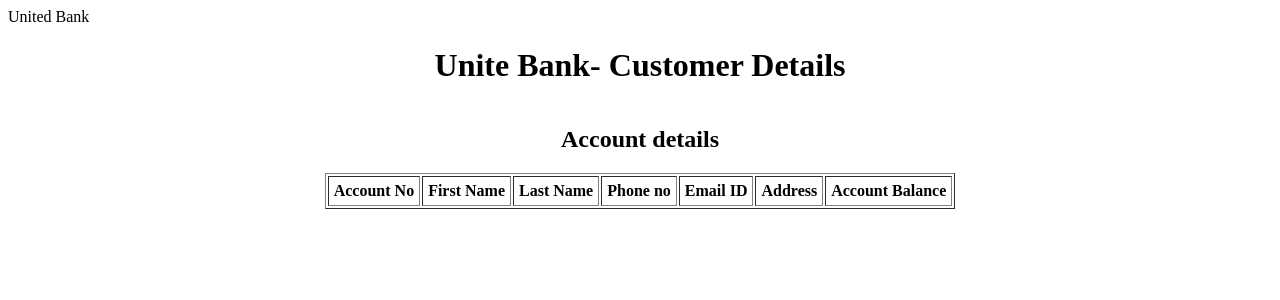
Repository: ameena017/bank-app
Page: http://localhost/banking-app/user.jsp
An editor plug-in stored every save of this project. The page is shown before and after the next save, followed by the edit.
The browser window is 1280 px wide. The pictures show the whole page.
The page is served by Tomcat 9. Nobody is signed in. The application's start-up code is not run. Other server files are loaded and not shown.

Above is the page before, as saved 2017-09-18 13:30:57.

### banking-app/WebContent/user.jsp
 <%@ page language="java" contentType="text/html; charset=ISO-8859-1"
    pageEncoding="ISO-8859-1"%>
    <%@ taglib uri="http://java.sun.com/jsp/jstl/core" prefix="c" %>
<!DOCTYPE html PUBLIC "-//W3C//DTD HTML 4.01 Transitional//EN" "http://www.w3.org/TR/html4/loose.dtd">
<html>
<head>
<meta http-equiv="Content-Type" content="text/html; charset=ISO-8859-1">
<name>United Bank</name>
</head>
<body>
<form action="update" method="post">
<center>
        <h1>Unite Bank- Customer Details</h1>
        <!-- <h2>
            <a href="new">click to Add New Customer</a>
            &nbsp;&nbsp;&nbsp;
            <a href="list">Click to list all customers</a>

        </h2> -->
    </center>
    <div align="center">
        <table border="1" cellpadding="5">
            <caption><h2>Account details</h2></caption>
            <tr>
                <th>Account No</th>
                <th>First Name</th>
                <th>Last Name</th>
                <th>Phone no</th>
                <th>Email ID</th>
                <th>Address</th>
                <th>Account Balance</th>
            </tr>
            <c:forEach var="bank" items="${bank}">
                <tr>
                    <td><c:out value="${bank.acc_no}" /></td>
                    <td><c:out value="${bank.fname}" /></td>
                    <td><c:out value="${bank.lname}" /></td>
                    <td><c:out value="${bank.phone}" /></td>
                    <td><c:out value="${bank.email}" /></td>
                    <td><c:out value="${bank.address}" /></td>
                    <td><c:out value="${bank.amount}" /></td>
                       <td> <a href="edit?acc_no=<c:out value='${bank.acc_no}' />">Edit </a>
                        &nbsp;&nbsp;&nbsp;&nbsp;
                       <%--  <a href="delete?acc_no=<c:out value='${bank.acc_no}' />">Delete</a> --%>
                    </td>
                </tr>
            </c:forEach>
        </table>
    </div>
</body>
</html>

After the next save:
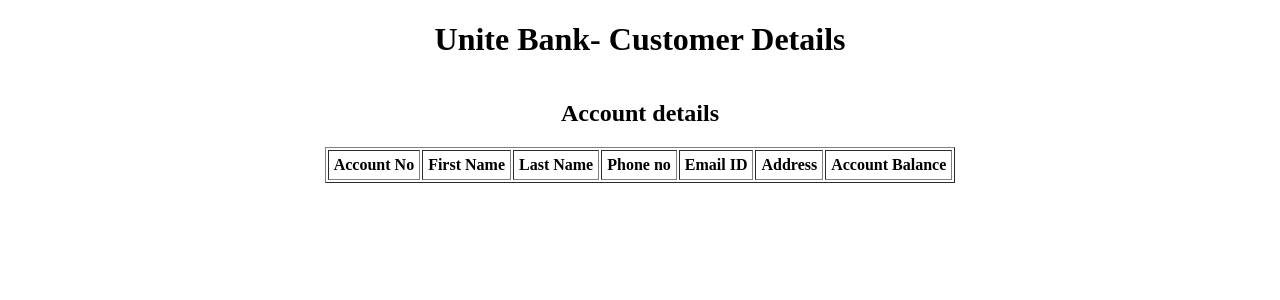
Saved 21 s later.
--- a/banking-app/WebContent/user.jsp
+++ b/banking-app/WebContent/user.jsp
@@ -5,7 +5,7 @@
 <html>
 <head>
 <meta http-equiv="Content-Type" content="text/html; charset=ISO-8859-1">
-<name>United Bank</name>
+
 </head>
 <body>
 <form action="update" method="post">
